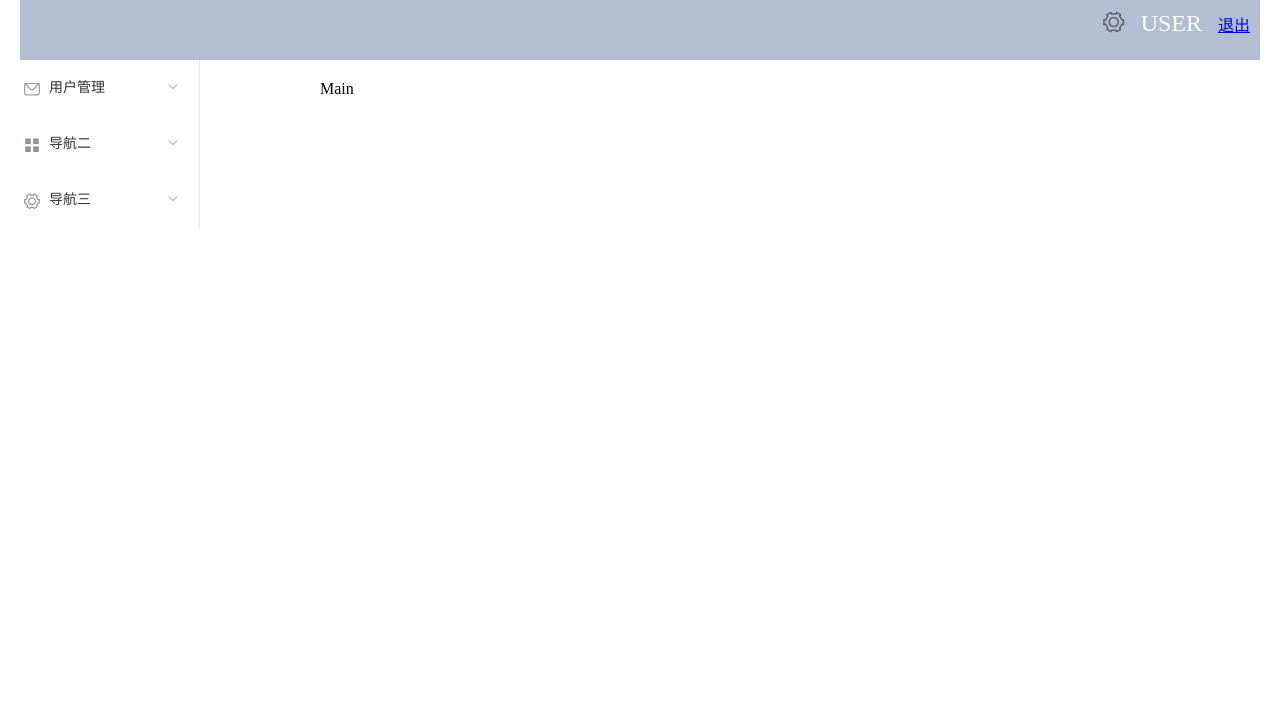
Repository: euphor1azzy/testlist
Page: / (app in list/)
These files come from the project's save history. The page is drawn as it stood at one moment and after the next save; the edit follows.
The browser window is 1280 px wide. The pictures show the whole page.
The project was rebuilt for these pictures with package versions that can differ from the ones it lists, and the page was loaded fresh each time. Also part of the build but not shown: list/src/utils/validate.js, list/src/views/login/login.vue, list/src/components/users/users.vue.

Above is the page before, as saved 2020-08-27 15:07:13.

After the next save:
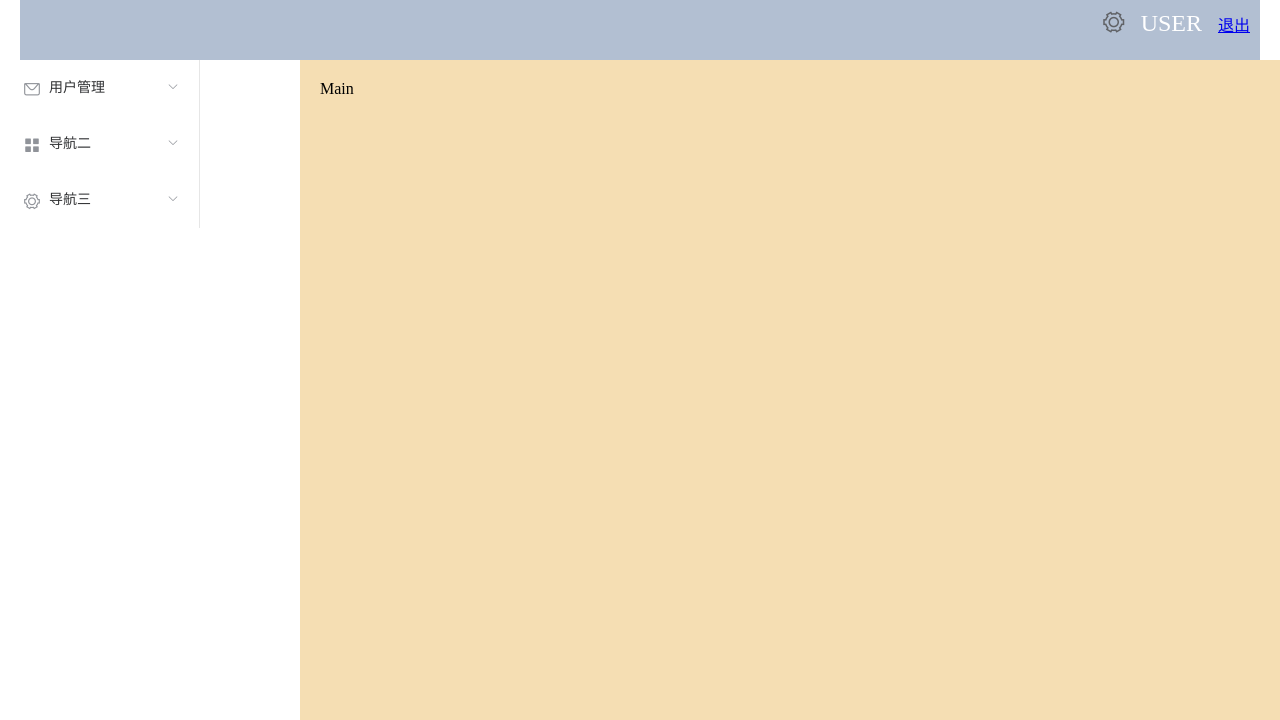
Saved 113 s later.
--- a/list/src/views/home.vue
+++ b/list/src/views/home.vue
@@ -38,6 +38,7 @@ export default {
 }
 .main{
   height: 100%;
+  background-color: wheat;
 }
 /* .con {
   height: 100%;
